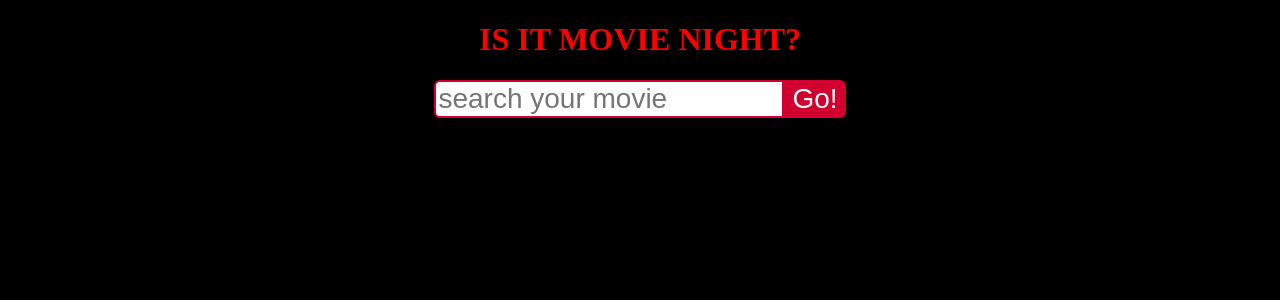
Repository: runner855/movies-app
Page: /
The author's editor kept a copy of each file at every save. The page is drawn from the files as they stood at one save, then again after the next save.
The browser window is 1280 px wide. The pictures show the whole page.
The project was rebuilt for these pictures with package versions that can differ from the ones it lists, and the page was loaded fresh each time.

Above is the page before, as saved 2021-06-16 19:06:23.

### src/styles/index.css
@font-face {
  font-family: "BebasNeue";
  src: url("../fonts/BebasNeue.otf") format("otf");
}
* {
  box-sizing: border-box;
}

body {
  margin: 0;
  padding: 0;
  font-family: "BebasNeue", sans-serif;
  background-color: #000;
}

### src/components/App.js
import React, { useState } from "react";
import "../styles/App.css";
import Movies from "../components/Movies";
import Header from "../components/header";
import Search from "../components/Search";

const App = () => {
  const [moviesResults, setMoviesResults] = useState();
  return (
    <div className="App">
      <Header />
      <Search setMoviesResults={setMoviesResults} />
      <Movies />
    </div>
  );
};

export default App;

### src/components/Movies.js
import React from "react";
import "../styles/Movies.css";
import data from "../data/data.json";

const Movies = () => {
  return (
    <div>
      {data.map((Moviedetail, index) => {
        return <h1>{data.Title}</h1>;
      })}
    </div>
  );
};

export default Movies;

### src/components/header.js
import React from "react";
import "../styles/header.css";

const header = () => {
  return (
    <>
      <h1>IS IT MOVIE NIGHT?</h1>
    </>
  );
};

export default header;

### src/components/Search.js
import React, { useState } from "react";
import "../styles/Search.css";
import Movies from "./Movies";

const Search = ({ setMoviesResults }) => {
  const [value, setValue] = useState();

  const handleSubmit = (event) => {
    event.preventDefault();
    Movies(value);
  };
  return (
    <>
      <form className="search-form" onSubmit={handleSubmit}>
        <input
          placeholder="search your movie"
          className="search-input"
          type="text"
          onChange={(e) => setValue(e.target.value)}
        />
        <button className="search-btn" type="submit">
          Go!
        </button>
      </form>
    </>
  );
};

export default Search;

### src/styles/Movies.css
h1 {
  color: white;
  text-align: center;
}

### src/data/data.json
[
  {
    "Title": "Avatar",
    "Year": "2009",
    "Rated": "PG-13",
    "Released": "18 Dec 2009",
    "Runtime": "162 min",
    "Genre": "Action, Adventure, Fantasy",
    "Director": "James Cameron",
    "Writer": "James Cameron",
    "Actors": "Sam Worthington, Zoe Saldana, Sigourney Weaver, Stephen Lang",
    "Plot": "A paraplegic marine dispatched to the moon Pandora on a unique mission becomes torn between following his orders and protecting the world he feels is his home.",
    "Language": "English, Spanish",
    "Country": "USA, UK",
    "Awards": "Won 3 Oscars. Another 80 wins & 121 nominations.",
    "Poster": "http://ia.media-imdb.com/images/M/MV5BMTYwOTEwNjAzMl5BMl5BanBnXkFtZTcwODc5MTUwMw@@._V1_SX300.jpg",
    "Metascore": "83",
    "imdbRating": "7.9",
    "imdbVotes": "890,617",
    "imdbID": "tt0499549",
    "Type": "movie",
    "Response": "True",
    "Images": [
      "https://images-na.ssl-images-amazon.com/images/M/MV5BMjEyOTYyMzUxNl5BMl5BanBnXkFtZTcwNTg0MTUzNA@@._V1_SX1500_CR0,0,1500,999_AL_.jpg",
      "https://images-na.ssl-images-amazon.com/images/M/MV5BNzM2MDk3MTcyMV5BMl5BanBnXkFtZTcwNjg0MTUzNA@@._V1_SX1777_CR0,0,1777,999_AL_.jpg",
      "https://images-na.ssl-images-amazon.com/images/M/MV5BMTY2ODQ3NjMyMl5BMl5BanBnXkFtZTcwODg0MTUzNA@@._V1_SX1777_CR0,0,1777,999_AL_.jpg",
      "https://images-na.ssl-images-amazon.com/images/M/MV5BMTMxOTEwNDcxN15BMl5BanBnXkFtZTcwOTg0MTUzNA@@._V1_SX1777_CR0,0,1777,999_AL_.jpg",
      "https://images-na.ssl-images-amazon.com/images/M/MV5BMTYxMDg1Nzk1MV5BMl5BanBnXkFtZTcwMDk0MTUzNA@@._V1_SX1500_CR0,0,1500,999_AL_.jpg"
    ]
  },
  {
    "Title": "I Am Legend",
    "Year": "2007",
    "Rated": "PG-13",
    "Released": "14 Dec 2007",
    "Runtime": "101 min",
    "Genre": "Drama, Horror, Sci-Fi",
    "Director": "Francis Lawrence",
    "Writer": "Mark Protosevich (screenplay), Akiva Goldsman (screenplay), Richard Matheson (novel), John William Corrington, Joyce Hooper Corrington",
    "Actors": "Will Smith, Alice Braga, Charlie Tahan, Salli Richardson-Whitfield",
    "Plot": "Years after a plague kills most of humanity and transforms the rest into monsters, the sole survivor in New York City struggles valiantly to find a cure.",
    "Language": "English",
    "Country": "USA",
    "Awards": "9 wins & 21 nominations.",
    "Poster": "http://ia.media-imdb.com/images/M/MV5BMTU4NzMyNDk1OV5BMl5BanBnXkFtZTcwOTEwMzU1MQ@@._V1_SX300.jpg",
    "Metascore": "65",
    "imdbRating": "7.2",
    "imdbVotes": "533,874",
    "imdbID": "tt0480249",
    "Type": "movie",
    "Response": "True",
    "Images": [
      "https://images-na.ssl-images-amazon.com/images/M/MV5BMTI0NTI4NjE3NV5BMl5BanBnXkFtZTYwMDA0Nzc4._V1_.jpg",
      "https://images-na.ssl-images-amazon.com/images/M/MV5BMTIwMDg2MDU4M15BMl5BanBnXkFtZTYwMTA0Nzc4._V1_.jpg",
      "https://images-na.ssl-images-amazon.com/images/M/MV5BMTc5MDM1OTU5OV5BMl5BanBnXkFtZTYwMjA0Nzc4._V1_.jpg",
      "https://images-na.ssl-images-amazon.com/images/M/MV5BMTA0MTI2NjMzMzFeQTJeQWpwZ15BbWU2MDMwNDc3OA@@._V1_.jpg"
    ]
  },
  {
    "Title": "300",
    "Year": "2006",
    "Rated": "R",
    "Released": "09 Mar 2007",
    "Runtime": "117 min",
    "Genre": "Action, Drama, Fantasy",
    "Director": "Zack Snyder",
    "Writer": "Zack Snyder (screenplay), Kurt Johnstad (screenplay), Michael Gordon (screenplay), Frank Miller (graphic novel), Lynn Varley (graphic novel)",
    "Actors": "Gerard Butler, Lena Headey, Dominic West, David Wenham",
    "Plot": "King Leonidas of Sparta and a force of 300 men fight the Persians at Thermopylae in 480 B.C.",
    "Language": "English",
    "Country": "USA",
    "Awards": "16 wins & 42 nominations.",
    "Poster": "http://ia.media-imdb.com/images/M/MV5BMjAzNTkzNjcxNl5BMl5BanBnXkFtZTYwNDA4NjE3._V1_SX300.jpg",
    "Metascore": "52",
    "imdbRating": "7.7",
    "imdbVotes": "611,046",
    "imdbID": "tt0416449",
    "Type": "movie",
    "Response": "True",
    "Images": [
      "https://images-na.ssl-images-amazon.com/images/M/MV5BMTMwNTg5MzMwMV5BMl5BanBnXkFtZTcwMzA2NTIyMw@@._V1_SX1777_CR0,0,1777,937_AL_.jpg",
      "https://images-na.ssl-images-amazon.com/images/M/MV5BMTQwNTgyNTMzNF5BMl5BanBnXkFtZTcwNDA2NTIyMw@@._V1_SX1777_CR0,0,1777,935_AL_.jpg",
      "https://images-na.ssl-images-amazon.com/images/M/MV5BMTc0MjQzOTEwMV5BMl5BanBnXkFtZTcwMzE2NTIyMw@@._V1_SX1777_CR0,0,1777,947_AL_.jpg"
    ]
  },
  {
    "Title": "The Avengers",
    "Year": "2012",
    "Rated": "PG-13",
    "Released": "04 May 2012",
    "Runtime": "143 min",
    "Genre": "Action, Sci-Fi, Thriller",
    "Director": "Joss Whedon",
    "Writer": "Joss Whedon (screenplay), Zak Penn (story), Joss Whedon (story)",
    "Actors": "Robert Downey Jr., Chris Evans, Mark Ruffalo, Chris Hemsworth",
    "Plot": "Earth's mightiest heroes must come together and learn to fight as a team if they are to stop the mischievous Loki and his alien army from enslaving humanity.",
    "Language": "English, Russian",
    "Country": "USA",
    "Awards": "Nominated for 1 Oscar. Another 34 wins & 75 nominations.",
    "Poster": "http://ia.media-imdb.com/images/M/MV5BMTk2NTI1MTU4N15BMl5BanBnXkFtZTcwODg0OTY0Nw@@._V1_SX300.jpg",
    "Metascore": "69",
    "imdbRating": "8.1",
    "imdbVotes": "1,003,301",
    "imdbID": "tt0848228",
    "Type": "movie",
    "Response": "True",
    "Images": [
      "https://images-na.ssl-images-amazon.com/images/M/MV5BMTA0NjY0NzE4OTReQTJeQWpwZ15BbWU3MDczODg2Nzc@._V1_SX1777_CR0,0,1777,999_AL_.jpg",
      "https://images-na.ssl-images-amazon.com/images/M/MV5BMjE1MzEzMjcyM15BMl5BanBnXkFtZTcwNDM4ODY3Nw@@._V1_SX1777_CR0,0,1777,999_AL_.jpg",
      "https://images-na.ssl-images-amazon.com/images/M/MV5BMjMwMzM2MTg1M15BMl5BanBnXkFtZTcwNjM4ODY3Nw@@._V1_SX1777_CR0,0,1777,999_AL_.jpg",
      "https://images-na.ssl-images-amazon.com/images/M/MV5BMTQ4NzM2Mjc5MV5BMl5BanBnXkFtZTcwMTkwOTY3Nw@@._V1_SX1777_CR0,0,1777,999_AL_.jpg",
      "https://images-na.ssl-images-amazon.com/images/M/MV5BMTc3MzQ3NjA5N15BMl5BanBnXkFtZTcwMzY5OTY3Nw@@._V1_SX1777_CR0,0,1777,999_AL_.jpg"
    ]
  },
  {
    "Title": "The Wolf of Wall Street",
    "Year": "2013",
    "Rated": "R",
    "Released": "25 Dec 2013",
    "Runtime": "180 min",
    "Genre": "Biography, Comedy, Crime",
    "Director": "Martin Scorsese",
    "Writer": "Terence Winter (screenplay), Jordan Belfort (book)",
    "Actors": "Leonardo DiCaprio, Jonah Hill, Margot Robbie, Matthew McConaughey",
    "Plot": "Based on the true story of Jordan Belfort, from his rise to a wealthy stock-broker living the high life to his fall involving crime, corruption and the federal government.",
    "Language": "English, French",
    "Country": "USA",
    "Awards": "Nominated for 5 Oscars. Another 35 wins & 154 nominations.",
    "Poster": "http://ia.media-imdb.com/images/M/MV5BMjIxMjgxNTk0MF5BMl5BanBnXkFtZTgwNjIyOTg2MDE@._V1_SX300.jpg",
    "Metascore": "75",
    "imdbRating": "8.2",
    "imdbVotes": "786,985",
    "imdbID": "tt0993846",
    "Type": "movie",
    "Response": "True",
    "Images": [
      "https://images-na.ssl-images-amazon.com/images/M/MV5BNDIwMDIxNzk3Ml5BMl5BanBnXkFtZTgwMTg0MzQ4MDE@._V1_SX1500_CR0,0,1500,999_AL_.jpg",
      "https://images-na.ssl-images-amazon.com/images/M/MV5BMTc0NzAxODAyMl5BMl5BanBnXkFtZTgwMDg0MzQ4MDE@._V1_SX1500_CR0,0,1500,999_AL_.jpg",
      "https://images-na.ssl-images-amazon.com/images/M/MV5BMTExMDk1MDE4NzVeQTJeQWpwZ15BbWU4MDM4NDM0ODAx._V1_SX1500_CR0,0,1500,999_AL_.jpg",
      "https://images-na.ssl-images-amazon.com/images/M/MV5BMTg3MTY4NDk4Nl5BMl5BanBnXkFtZTgwNjc0MzQ4MDE@._V1_SX1500_CR0,0,1500,999_AL_.jpg",
      "https://images-na.ssl-images-amazon.com/images/M/MV5BMTgzMTg4MDI0Ml5BMl5BanBnXkFtZTgwOTY0MzQ4MDE@._V1_SY1000_CR0,0,1553,1000_AL_.jpg"
    ]
  },
  {
    "Title": "Interstellar",
    "Year": "2014",
    "Rated": "PG-13",
    "Released": "07 Nov 2014",
    "Runtime": "169 min",
    "Genre": "Adventure, Drama, Sci-Fi",
    "Director": "Christopher Nolan",
    "Writer": "Jonathan Nolan, Christopher Nolan",
    "Actors": "Ellen Burstyn, Matthew McConaughey, Mackenzie Foy, John Lithgow",
    "Plot": "A team of explorers travel through a wormhole in space in an attempt to ensure humanity's survival.",
    "Language": "English",
    "Country": "USA, UK",
    "Awards": "Won 1 Oscar. Another 39 wins & 134 nominations.",
    "Poster": "http://ia.media-imdb.com/images/M/MV5BMjIxNTU4MzY4MF5BMl5BanBnXkFtZTgwMzM4ODI3MjE@._V1_SX300.jpg",
    "Metascore": "74",
    "imdbRating": "8.6",
    "imdbVotes": "937,412",
    "imdbID": "tt0816692",
    "Type": "movie",
    "Response": "True",
    "Images": [
      "https://images-na.ssl-images-amazon.com/images/M/MV5BMjA3NTEwOTMxMV5BMl5BanBnXkFtZTgwMjMyODgxMzE@._V1_SX1500_CR0,0,1500,999_AL_.jpg",
      "https://images-na.ssl-images-amazon.com/images/M/MV5BMzQ5ODE2MzEwM15BMl5BanBnXkFtZTgwMTMyODgxMzE@._V1_SX1500_CR0,0,1500,999_AL_.jpg",
      "https://images-na.ssl-images-amazon.com/images/M/MV5BMTg4Njk4MzY0Nl5BMl5BanBnXkFtZTgwMzIyODgxMzE@._V1_SX1500_CR0,0,1500,999_AL_.jpg",
      "https://images-na.ssl-images-amazon.com/images/M/MV5BMzE3MTM0MTc3Ml5BMl5BanBnXkFtZTgwMDIyODgxMzE@._V1_SX1500_CR0,0,1500,999_AL_.jpg",
      "https://images-na.ssl-images-amazon.com/images/M/MV5BNjYzNjE2NDk3N15BMl5BanBnXkFtZTgwNzEyODgxMzE@._V1_SX1500_CR0,0,1500,999_AL_.jpg"
    ]
  },
  {
    "ComingSoon": true,
    "Title": "Doctor Strange",
    "Year": "2016",
    "Rated": "N/A",
    "Released": "04 Nov 2016",
    "Runtime": "N/A",
    "Genre": "Action, Adventure, Fantasy",
    "Director": "Scott Derrickson",
    "Writer": "Scott Derrickson (screenplay), C. Robert Cargill (screenplay), Jon Spaihts (story by), Scott Derrickson (story by), C. Robert Cargill (story by), Steve Ditko (comic book)",
    "Actors": "Rachel McAdams, Benedict Cumberbatch, Mads Mikkelsen, Tilda Swinton",
    "Plot": "After his career is destroyed, a brilliant but arrogant and conceited surgeon gets a new lease on life when a sorcerer takes him under her wing and trains him to defend the world against evil.",
    "Language": "English",
    "Country": "USA",
    "Awards": "N/A",
    "Poster": "http://ia.media-imdb.com/images/M/MV5BNjgwNzAzNjk1Nl5BMl5BanBnXkFtZTgwMzQ2NjI1OTE@._V1_SX300.jpg",
    "Metascore": "N/A",
    "imdbRating": "N/A",
    "imdbVotes": "N/A",
    "imdbID": "tt1211837",
    "Type": "movie",
    "Response": "True",
    "Images": [
      "https://images-na.ssl-images-amazon.com/images/M/MV5BMjM3ODc1ODI5Ml5BMl5BanBnXkFtZTgwODMzMDY3OTE@._V1_.jpg",
      "https://images-na.ssl-images-amazon.com/images/M/MV5BMTgxNTAyNTU0NV5BMl5BanBnXkFtZTgwNzMzMDY3OTE@._V1_.jpg",
      "https://images-na.ssl-images-amazon.com/images/M/MV5BMjE5NDc5NzUwNV5BMl5BanBnXkFtZTgwMDM3MDM2NzE@._V1_.jpg"
    ]
  },
  {
    "ComingSoon": true,
    "Title": "Rogue One: A Star Wars Story",
    "Year": "2016",
    "Rated": "N/A",
    "Released": "16 Dec 2016",
    "Runtime": "N/A",
    "Genre": "Action, Adventure, Sci-Fi",
    "Director": "Gareth Edwards",
    "Writer": "Chris Weitz (screenplay), Tony Gilroy (screenplay), John Knoll (story), Gary Whitta (story), George Lucas (characters)",
    "Actors": "Felicity Jones, Riz Ahmed, Mads Mikkelsen, Ben Mendelsohn",
    "Plot": "The Rebellion makes a risky move to steal the plans to the Death Star, setting up the epic saga to follow.",
    "Language": "English",
    "Country": "USA",
    "Awards": "1 nomination.",
    "Poster": "https://images-na.ssl-images-amazon.com/images/M/MV5BMjQyMzI2OTA3OF5BMl5BanBnXkFtZTgwNDg5NjQ0OTE@._V1_SY1000_CR0,0,674,1000_AL_.jpg",
    "Metascore": "N/A",
    "imdbRating": "N/A",
    "imdbVotes": "N/A",
    "imdbID": "tt3748528",
    "Type": "movie",
    "Response": "True",
    "Images": [
      "https://images-na.ssl-images-amazon.com/images/M/MV5BMjE3MzA4Nzk3NV5BMl5BanBnXkFtZTgwNjAxMTc1ODE@._V1_SX1777_CR0,0,1777,744_AL_.jpg",
      "https://images-na.ssl-images-amazon.com/images/M/MV5BNDMxMTQzMjQxM15BMl5BanBnXkFtZTgwNzAxMTc1ODE@._V1_SX1777_CR0,0,1777,744_AL_.jpg",
      "https://images-na.ssl-images-amazon.com/images/M/MV5BMTUyNjkxOTk5NV5BMl5BanBnXkFtZTgwODAxMTc1ODE@._V1_SX1777_CR0,0,1777,744_AL_.jpg",
      "https://images-na.ssl-images-amazon.com/images/M/MV5BNjM4MzExNDAyNl5BMl5BanBnXkFtZTgwOTAxMTc1ODE@._V1_SX1777_CR0,0,1777,744_AL_.jpg",
      "https://images-na.ssl-images-amazon.com/images/M/MV5BMjE3NTgxMDcyNV5BMl5BanBnXkFtZTgwMDExMTc1ODE@._V1_SX1777_CR0,0,1777,744_AL_.jpg"
    ]
  },
  {
    "ComingSoon": true,
    "Title": "Assassin's Creed",
    "Year": "2016",
    "Rated": "N/A",
    "Released": "21 Dec 2016",
    "Runtime": "N/A",
    "Genre": "Action, Adventure, Fantasy",
    "Director": "Justin Kurzel",
    "Writer": "Bill Collage (screenplay), Adam Cooper (screenplay), Michael Lesslie (screenplay)",
    "Actors": "Michael Fassbender, Michael Kenneth Williams, Marion Cotillard, Jeremy Irons",
    "Plot": "When Callum Lynch explores the memories of his ancestor Aguilar and gains the skills of a Master Assassin, he discovers he is a descendant of the secret Assassins society.",
    "Language": "English",
    "Country": "UK, France, USA, Hong Kong",
    "Awards": "N/A",
    "Poster": "http://ia.media-imdb.com/images/M/MV5BMTU2MTQwMjU1OF5BMl5BanBnXkFtZTgwMDA5NjU5ODE@._V1_SX300.jpg",
    "Metascore": "N/A",
    "imdbRating": "N/A",
    "imdbVotes": "N/A",
    "imdbID": "tt2094766",
    "Type": "movie",
    "Response": "True",
    "Images": [
      "https://images-na.ssl-images-amazon.com/images/M/MV5BN2EyYzgyOWEtNTY2NS00NjRjLWJiNDYtMWViMjg5MWZjYjgzXkEyXkFqcGdeQXVyNjUwNzk3NDc@._V1_.jpg",
      "https://images-na.ssl-images-amazon.com/images/M/MV5BMTYwOWYzOTctOTc4My00ZmJkLTgzMTctMmUxNDI5ODQzYzNjXkEyXkFqcGdeQXVyNDAyODU1Njc@._V1_SX1500_CR0,0,1500,999_AL_.jpg",
      "https://images-na.ssl-images-amazon.com/images/M/MV5BZTY5ZGUxMTAtYTU0OC00NGQ2LTkzNzgtZGZmNjlmNjY3MGU0XkEyXkFqcGdeQXVyNTY0MTkxMTg@._V1_SY1000_CR0,0,1500,1000_AL_.jpg",
      "https://images-na.ssl-images-amazon.com/images/M/MV5BZjA0MWYwZTEtYzc5Yi00NGM2LTg1YTctNjY2YzQ0NDJhZDAwXkEyXkFqcGdeQXVyNDAyODU1Njc@._V1_SY1000_CR0,0,1499,1000_AL_.jpg"
    ]
  }
]

### src/styles/header.css
h1 {
  font-family: "BebasNeue";
  color: red;
  font-weight: bold;
  text-align: center;
}

### src/styles/Search.css
.App {
  display: flex;
  flex-direction: column;
}

.app-ui {
  display: grid;
  grid-template-columns: repeat(auto-fit, min-max(384px, 2fr));
  grid-gap: 16px;
}

.search-input {
  width: 350px;
  background: #fff;
  border: 2px solid #d1002e;
  font-size: 28px;
  display: inline-block;
  outline: none;
  border-radius: 6px 0 0 6px;
}

.search-input {
  grid-column-start: 1;
  grid-column-end: -1;
}

.search-input input {
  width: 100%;
  box-sizing: border-box;
  justify-content: center;
}

.search-form {
  display: flex;
  flex-direction: row;
  justify-content: center;
  text-decoration: none;
}

.search-btn {
  position: relative;
  border: 2px solid #d1002e;
  background-color: #d1002e;
  color: #fafafa;
  font-size: 28px;
  display: inline-block;
  outline: none;
  border-radius: 0 6px 6px 0;
}

Loaded but not shown: public/index.html (common file); src/index.js (common file); src/styles/App.css (common file)

After the next save:
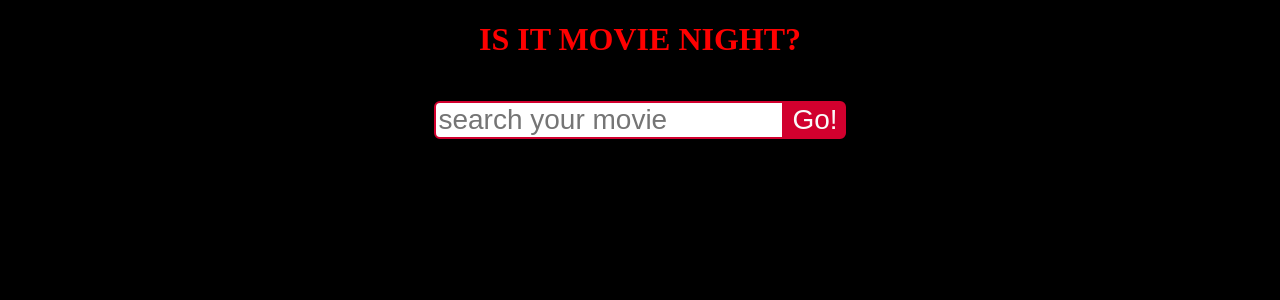
Saved 35 s later.
--- a/src/components/App.js
+++ b/src/components/App.js
@@ -9,8 +9,8 @@
   return (
     <div className="App">
       <Header />
+      <Movies />
       <Search setMoviesResults={setMoviesResults} />
-      <Movies />
     </div>
   );
 };
